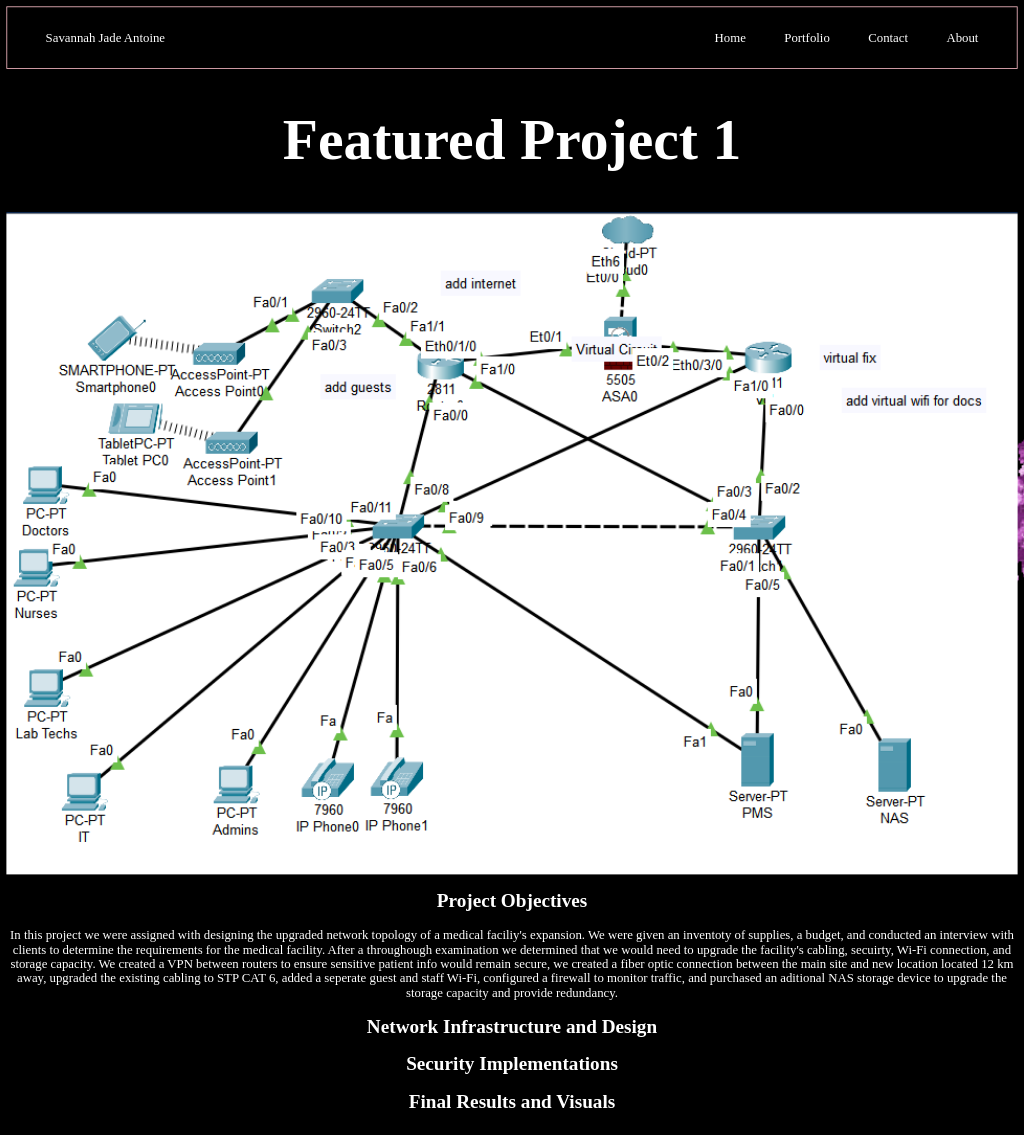
Repository: Savannah-Antoine/Savannah-Antoine
Page: pages/project-name-1.html
These files come from the project's save history. The page is drawn as it stood at one moment and after the next save; the edit follows.
The browser window is 1280 px wide. The pictures show the whole page, at 80% of full size.

Above is the page before, as saved 2026-05-15 15:07:42.

After the next save:
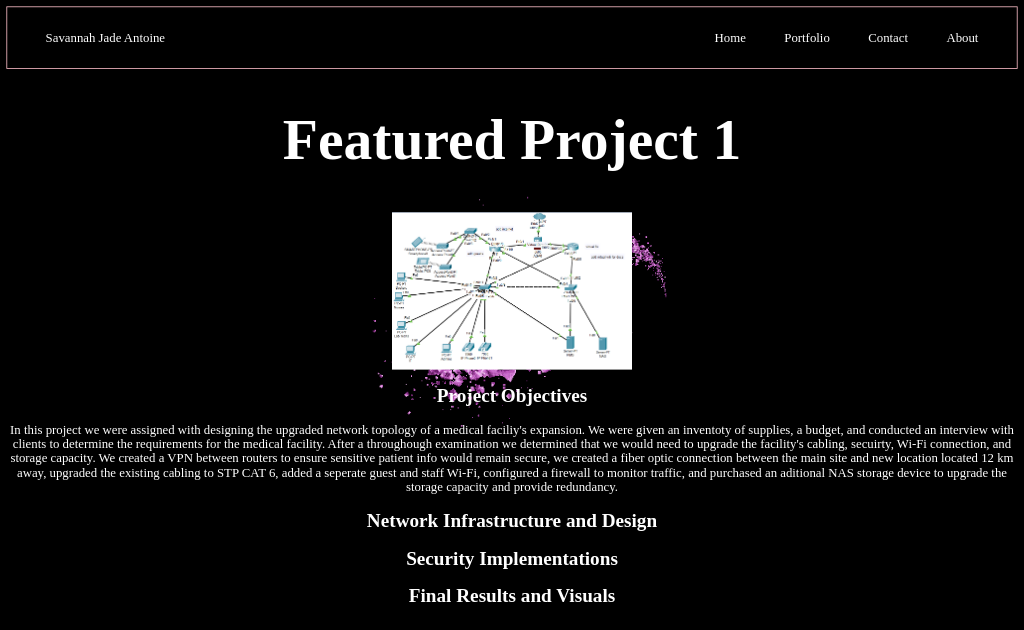
Saved 33 s later.
--- a/styles/page.css
+++ b/styles/page.css
@@ -5,7 +5,7 @@ body h1{
 }
 
 img{
-    width: 100%;
+    width: 300px;
     height:auto;
 }
 
